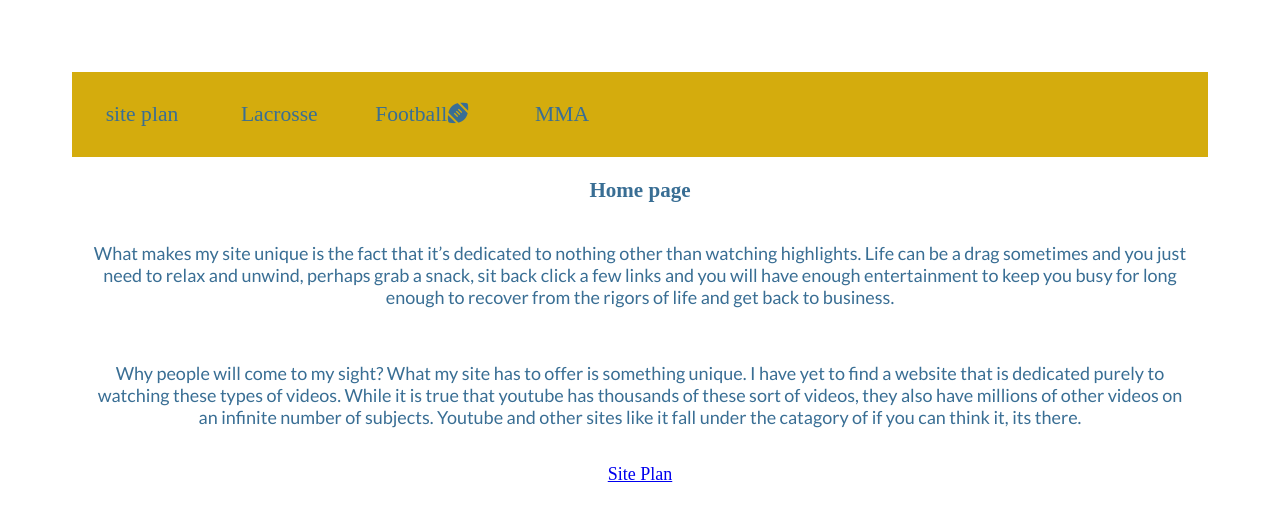
Repository: nak97/personal-site
Page: index.html
The author's editor kept a copy of each file at every save. The page is drawn from the files as they stood at one save, then again after the next save.
The browser window is 1280 px wide. The pictures show the whole page.
Some icons come from a web library that is not loaded, so they are not drawn. Some web fonts or font styles are not loaded; a fallback is used. Some web libraries are served in a nearby version.

Above is the page before, as saved 2023-03-17 09:57:20.

### index.html
<!DOCTYPE html>
<html lang="en">
<head>
  <meta charset="UTF-8">
  <meta http-equiv="X-UA-Compatible" content="IE=edge">
  <meta name="viewport" content="width=device-width, initial-scale=1.0">
  <link rel="stylesheet" href="site-plan.css">
  <script src="https://kit.fontawesome.com/a02df793c4.js" crossorigin="anonymous"></script>
  <title> Home</title>
</head>
<body>
  <nav>
    <a href="site-plan.html">site plan</a>
    <a href="lacrosse.html" target="_blank">Lacrosse <i class="fa-solid fa-lacrosse-stick-ball"></i></a>
    <a href="football.html" target="_blank">Football<i class="fa-solid fa-football"></i></a>
    <a href="mma.html" target="_blank">MMA<i class="fa-solid fa-boxing-glove"></i></a>
  </nav>

<h3>Home page</h3>
      <p>
        What makes my site unique is the fact that it’s dedicated to nothing other than watching highlights.
        Life can be a drag sometimes and you just need to relax and unwind, perhaps grab a snack,
        sit back click a few links and you will have enough entertainment to keep you busy for long enough to recover from the rigors of life and get back to business.
      </p>
      <p>
        Why people will come to my sight?
        What my site has to offer is something unique. I have yet to find a website that is dedicated purely to watching these types of videos.
        While it is true that youtube has thousands of these sort of videos, they also have millions of other videos on an infinite number of subjects. Youtube and other sites
        like it fall under the catagory of if you can think it, its there.
      </p>


    <footer><a href="site-plan.html"> Site Plan</a></footer>
</body>
</html>

### site-plan.css
/* if you are using any Google fonts change the font names below to your fonts.
Any spaces in your font name should be replaced with a +.
Fonts are separated by a | */
@import url('https://fonts.googleapis.com/css?family=IM+Fell+French+Canon+SC|Lato');

:root {
  /* change the values below to your colors from your palette */
  --primary-color: #F45B69   ;
  --secondary-color: #F6E8EA;
  --accent1-color: #22181C;
  --accent2-color: #f8ec0d;

  /* change the values below to your chosen font(s) */
  --heading-font: "IM Fell French Canon SC";
  --paragraph-font: Lato, Helvetica, sans-serif;

  /* these colors below should be chosen from among your palette colors above */
  --headline-color-on-white: #396E94;  /* headlines on a white background */
  --headline-color-on-color: white; /* headlines on a colored background */
  --paragraph-color-on-white: #396E94; /* paragraph text on a white background */
  --paragraph-color-on-color: white; /* paragraph text on a colored background */
  --paragraph-background-color: #396E94  ;
  --nav-link-color: #396E94;
  --nav-background-color: #D4AC0D;
  --nav-hover-link-color: white;
  --nav-hover-background-color: #396E94;
}


/*  Look around below...but DON'T CHANGE ANYTHING! */

body {
  max-width: 1200px;
  margin: 0 auto;
  padding: 4em;
  font-size: 18px;
  text-align: center;
}
img {
  display: block;
  margin: 0 auto;
}
h1, h2, h3, h4, h5, h6 {
  font-family: var(--heading-font);
  color: var(--headline-color-on-white);
}
h2 {
  text-align: center;
}
hr {
  height: 3px;
  margin: 35px 0;
  background: var(--accent1-color);
}
header {
  padding: 1em;
  text-align: center;
  color: var(--headline-color-on-color);
  background-color: var(--paragraph-background-color);
}
header > h1, header > h2 {
  color: var(--headline-color-on-color);
}

p {
  font-family: var(--paragraph-font);
  color: var(--paragraph-color-on-white);
  padding: 1em;
}
.colors {
  width: 100%;
  min-width: 350px;
  margin: 30px auto;
  text-align: center;
}
.colors th {
  background-color: #999;
}
.colors td{
  width: 25%;
  height: 3em;
}

.primary {
  background-color: var(--primary-color);
}
.secondary {
  background-color: var(--secondary-color);
}
.accent1 {
  background-color: var(--accent1-color);
}
.accent2{
  background-color: var(--accent2-color);
}

p.colored {
  background-color: var(--paragraph-background-color);
  color: var(--paragraph-color-on-color);
}

nav {
  background-color: var(--nav-background-color);
  line-height: 3em;
  text-align: center;
  font-size: 1.2em;
}
nav  {
  list-style-type: none;
  display: flex;

}
nav a {
  padding:1em;
  min-width: 120px;
  text-decoration: none;
  padding: 10px;

}
nav a:link, nav a:visited {
  color: var(--nav-link-color);
}
nav a:hover {
  color: var(--nav-hover-link-color);
  background-color: var(--nav-hover-background-color);
}

.sitemap {
  display: grid;
  justify-content: center;

  grid-template-columns: repeat(6, 15%);
  grid-template-rows: 3em 1.5em 1.5em 3em;
  grid-template-areas: ". . home home . ."
    ". . . top . ."
    ". left left right right ."
    "page2 page2 . . page3 page3";
}
.sitemap > div {

  text-align: center;

}
.sm-home {
  grid-area: home;
  background-color: #ccc;
  line-height: 3em;
}
.sm-page2 {
  grid-area: page2;
  background-color: #ccc;
  line-height: 3em;
}
.sm-page3 {
  grid-area: page3;
  background-color: #ccc;
  line-height: 3em;
}

.top {
  grid-area: top;
  border-left: 1px solid;
}

.left {
  grid-area: left;
  border-top: 1px solid;
  border-left: 1px solid;
}

.right {
  grid-area: right;
  border-top: 1px solid;
  border-right: 1px solid;
}

### personal-site.css
.container {display: grid;}

a{text-decoration: none;}

nav{
  display: flex;
  justify-content: space-evenly;
  margin-bottom: 20px;
}

.lacrosse h3 {text-align: center;}

.lacrosse { margin-top: 20px;}

.Laxvideos{
  margin-top: 20px;
  display: flex;
  justify-content: space-evenly;
  text-align: center;
}

.rules{margin-top: 20px;}

.rules h3 {text-align: center;}

.images {
  display: flex;
  justify-content: space-between;
  padding-top: 54px;
}

.img1{margin-left: 105px;}

.img1 p{text-align: center; }

.img2{margin-left: 312px;}

.img2 p{
  text-align: center;
  margin-right: 70px;
}

.img-1{margin-left: 40px;}

.img-2{margin-left: 84px;}

footer{
margin-top: 30px;
text-align: center;}

After the next save:
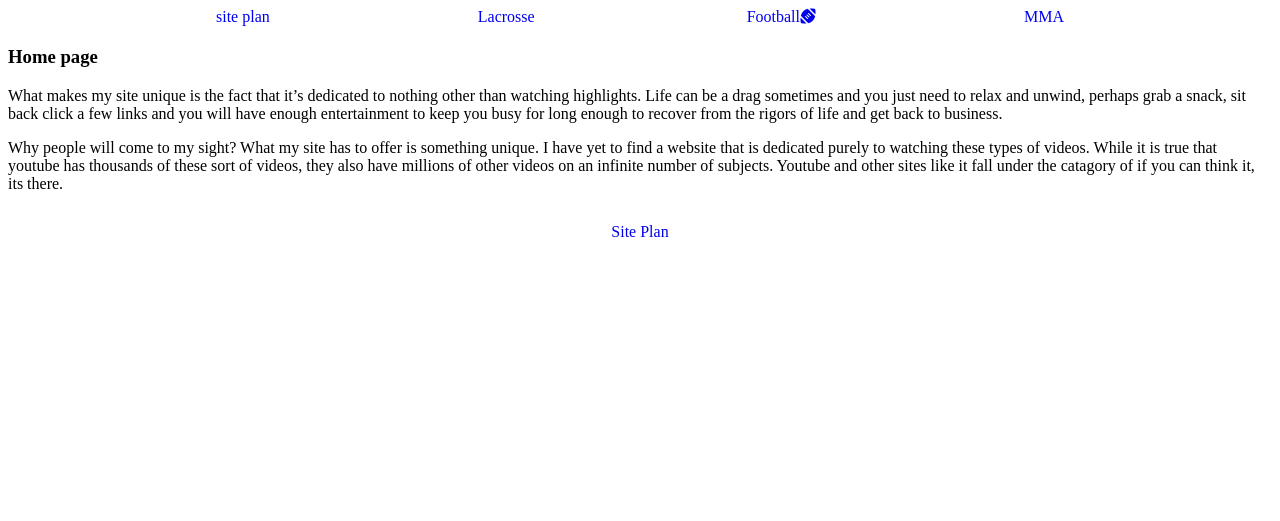
Saved 2 min 46 s later.
--- a/index.html
+++ b/index.html
@@ -4,7 +4,7 @@
   <meta charset="UTF-8">
   <meta http-equiv="X-UA-Compatible" content="IE=edge">
   <meta name="viewport" content="width=device-width, initial-scale=1.0">
-  <link rel="stylesheet" href="site-plan.css">
+  <link rel="stylesheet" href="personal-site.css">
   <script src="https://kit.fontawesome.com/a02df793c4.js" crossorigin="anonymous"></script>
   <title> Home</title>
 </head>
